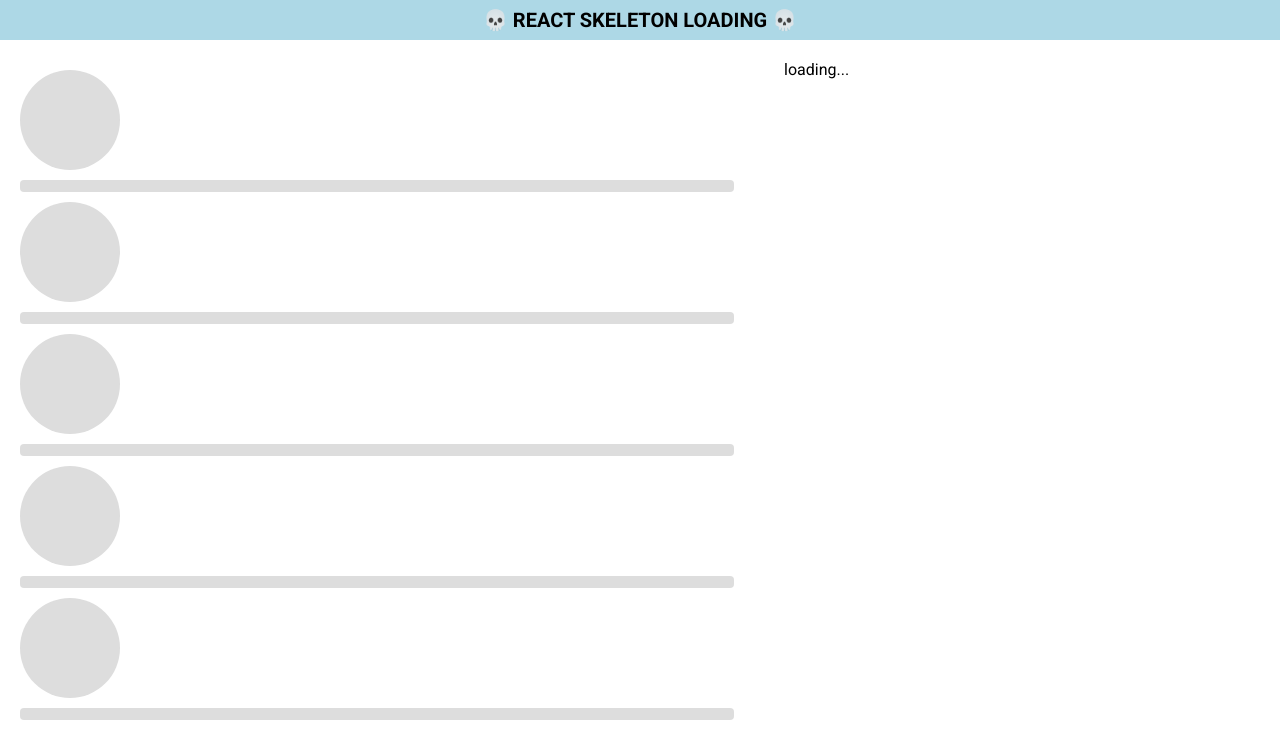
Repository: ethanJones21/React-Skeleton-Loading
Page: /
The author's editor kept a copy of each file at every save. The page is drawn from the files as they stood at one save, then again after the next save.
The browser window is 1280 px wide. The pictures show the whole page.
The page's requests for data from a server got no answer. The project was rebuilt for these pictures with package versions that can differ from the ones it lists, and the page was loaded fresh each time. No one was signed in, and anything a server would have sent is missing. Also part of the build but not shown: src/components/Post.css, src/components/Post.js.

Above is the page before, as saved 2020-11-26 03:12:42.

### public/index.html
<!DOCTYPE html>
<html lang="en">
  <head>
    <meta charset="utf-8" />
    <link rel="icon" href="%PUBLIC_URL%/favicon.ico" />
    <meta name="viewport" content="width=device-width, initial-scale=1" />
    <meta name="theme-color" content="#000000" />
    <meta name="description" content="React skeleton loading" />
    <link rel="preconnect" href="https://fonts.gstatic.com" />
    <link
      href="https://fonts.googleapis.com/css2?family=Roboto:wght@100;300;400;500;700;900&display=swap"
      rel="stylesheet"
    />
    <title>React Skeleton</title>
  </head>
  <body>
    <noscript>You need to enable JavaScript to run this app.</noscript>
    <div id="root"></div>
  </body>
</html>

### src/App.js
import './App.css';
import Header from './components/Header';
import Posts from './components/Posts';
import User from './components/User';

function App() {
  return (
    <div className="app">
      <Header/>

      <div className="appContainer">
        <Posts/>
        <User/>
      </div>
    </div>
  );
}

export default App;

### src/App.css
*{
    margin: 0;
    font-family: 'Roboto', sans-serif;
}
.appContainer{
    display: flex;
    padding: 20px;
    align-items: start;
}

### src/components/Header.js
import React from 'react';
import "./Header.css"

const Header = () => {
    return (
        <div className="header">
            <span>💀 REACT SKELETON LOADING 💀 </span>
        </div>
    );
};

export default Header;

### src/components/Posts.js
import React, { useEffect, useState } from "react";
import Post from "./Post";
import "./Posts.css";
import { photos } from "../photos";
import Skeleton from "../skeleton/Skeleton";

const Posts = () => {
  const [postArray, setPostArray] = useState([]);

  useEffect(() => {
    setTimeout(() => {
      const fetchPosts = async () => {
        const res = await fetch("https://jsonplaceholder.typicode.com/posts");
        const data = await res.json();
        setPostArray(data.slice(0, 10));
      };
      fetchPosts();
    }, 1000);
  }, []);

  return (
    <div className="posts">
      {postArray.length > 0
        ? postArray.map((post) => (
            <Post
              key={post.id}
              post={{ ...post, photo: photos[post.id - 1] }}
            />
          ))
        : [1, 2, 3, 4, 5].map((item) => (
            <>
              <Skeleton type="avatar" />
              <Skeleton type="text" />
            </>
          ))}
    </div>
  );
};

export default Posts;

### src/components/User.js
import React, { useState, useEffect } from "react";
import "./User.css";
import {photos} from "../photos"

const User = () => {
  const [user, setUser] = useState(null);

  useEffect(() => {
    setTimeout(() => {
      const fetchUser = async () => {
        const res = await fetch("https://jsonplaceholder.typicode.com/users");
        const data = await res.json();
        setUser(data[0]);
      };
      fetchUser();
    }, 1000);
  }, []);

  return (
    <div className="user">
      {user !== null ? (
        <>
          <div className="userPhoto">
            <img
              className="userPhotoImg"
              src={photos[9]}
              alt="avatar"
            />
          </div>
          <div className="userInfo">
            <span className="userInfoText">
              <b>{user.name}</b>
            </span>
            <span className="userInfoText">{user.email}</span>
            <span className="userInfoText">{user.address.street}</span>
          </div>
          <button className="writeButton">Write a Story</button>
        </>
      ) : (
        <span>loading...</span>
      )}
    </div>
  );
};

export default User;

### src/components/Header.css
.header{
    display: flex;
    align-items: center;
    justify-content: center;
    height: 40px;
    width: 100%;
    background-color: lightblue;
    font-weight: 600;
    font-size: 20px;
}

### src/components/Posts.css
.posts{
    flex: 0.6;
    padding-right: 50px;
}

### src/photos.js
export const photos = [
  "https://images.pexels.com/photos/789296/pexels-photo-789296.jpeg?auto=compress&cs=tinysrgb&dpr=2&w=500",
  "https://images.pexels.com/photos/3772771/pexels-photo-3772771.jpeg?auto=compress&cs=tinysrgb&dpr=2&w=500",
  "https://images.pexels.com/photos/3059745/pexels-photo-3059745.jpeg?auto=compress&cs=tinysrgb&dpr=2&w=500",
  "https://images.pexels.com/photos/2896840/pexels-photo-2896840.jpeg?auto=compress&cs=tinysrgb&dpr=2&w=500",
  "https://images.pexels.com/photos/3155588/pexels-photo-3155588.jpeg?auto=compress&cs=tinysrgb&dpr=2&w=500",
  "https://images.pexels.com/photos/936019/pexels-photo-936019.jpeg?auto=compress&cs=tinysrgb&dpr=2&w=500",
  "https://images.pexels.com/photos/1071162/pexels-photo-1071162.jpeg?auto=compress&cs=tinysrgb&dpr=2&w=500",
  "https://images.pexels.com/photos/3147528/pexels-photo-3147528.jpeg?auto=compress&cs=tinysrgb&dpr=2&w=500",
  "https://images.pexels.com/photos/3541389/pexels-photo-3541389.jpeg?auto=compress&cs=tinysrgb&dpr=2&w=500",
  "https://images.pexels.com/photos/1680172/pexels-photo-1680172.jpeg?auto=compress&cs=tinysrgb&dpr=2&w=500",
];

### src/skeleton/Skeleton.js
import React from "react";
import "./Skeleton.css"

const Skeleton = ({ type }) => {
  return <div className={`skeleton ${type}`}></div>;
};

export default Skeleton;

### src/components/User.css
.user {
  flex: 0.4;
  display: flex;
  align-items: center;
}

.userPhotoImg {
  width: 60px;
  height: 60px;
  border-radius: 50%;
  margin-right: 20px;
  object-fit: cover;
}

.userInfo{
    display: flex;
    flex-direction: column;
}

.writeButton{
    padding: 10px;
    border: none;
    margin-left: 20px;
    border-radius: 10px;
    cursor: pointer;
}

.writeButton:focus{
    outline: none;
}

### src/skeleton/Skeleton.css
.skeleton {
  background: #ddd;
  overflow: hidden;
  margin: 10px 0;
  border-radius: 4px;
}

.skeleton.text {
  width: 100%;
  height: 12px;
}

.skeleton.title {
  width: 50%;
  height: 20px;
  margin-bottom: 15px;
}

.skeleton.avatar {
  width: 100px;
  height: 100px;
  border-radius: 50%;
}

.skeleton.userAvatar {
  width: 100px;
  height: 100px;
  border-radius: 50%;
}

Loaded but not shown: src/index.js (common file)

After the next save:
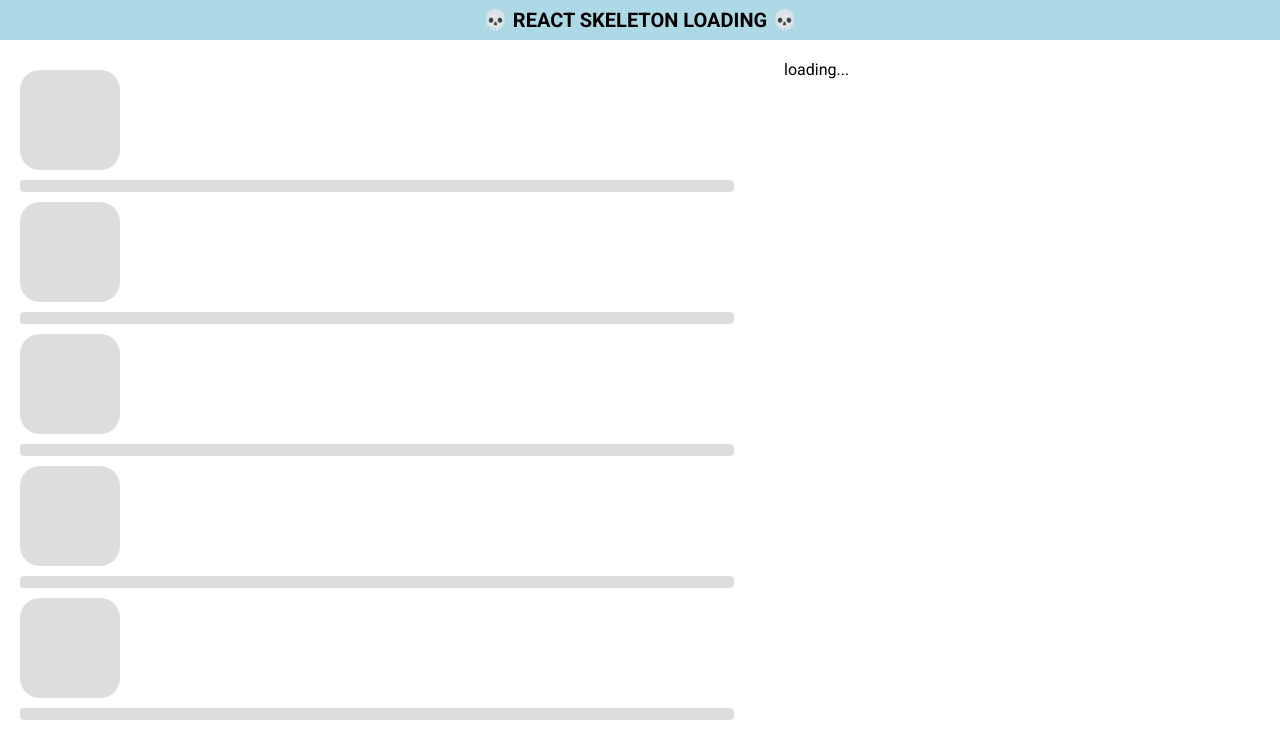
Saved 17 s later.
--- a/src/skeleton/Skeleton.css
+++ b/src/skeleton/Skeleton.css
@@ -19,7 +19,7 @@
 .skeleton.avatar {
   width: 100px;
   height: 100px;
-  border-radius: 50%;
+  border-radius: 20%;
 }
 
 .skeleton.userAvatar {
